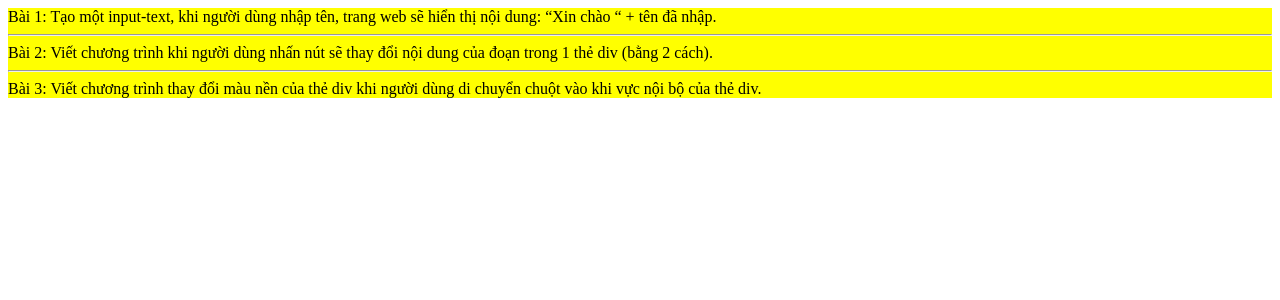
Repository: vnmk1/jsp_servlet-tutorials
Page: Bai5_JavaScript/src/main/webapp/bai_tap_3.html
An editor plug-in stored every save of this project. The page is shown before and after the next save, followed by the edit.
The browser window is 1280 px wide. The pictures show the whole page.
After loading, the first visible `#my_div` was clicked once.

Above is the page before, as saved 2023-07-18 09:11:56.
Console error: TypeError: Cannot set properties of null (setting 'style')

After the next save:
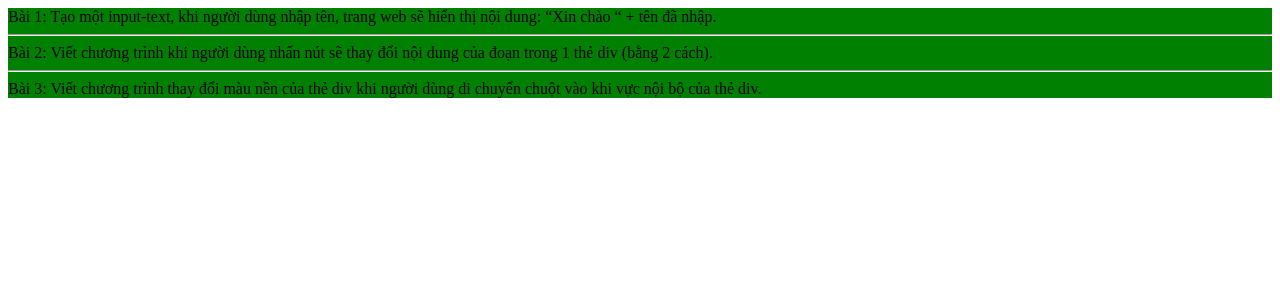
The error is gone.
Saved 10 s later.
--- a/Bai5_JavaScript/src/main/webapp/bai_tap_3.html
+++ b/Bai5_JavaScript/src/main/webapp/bai_tap_3.html
@@ -20,7 +20,7 @@
 </body>
 <script>
 	function changeColorGreen (){
-		var my_div = document.getElementById("my-div");
+		var my_div = document.getElementById("my_div");
 		my_div.style = "background-color: green;";
 	}
 </script>
